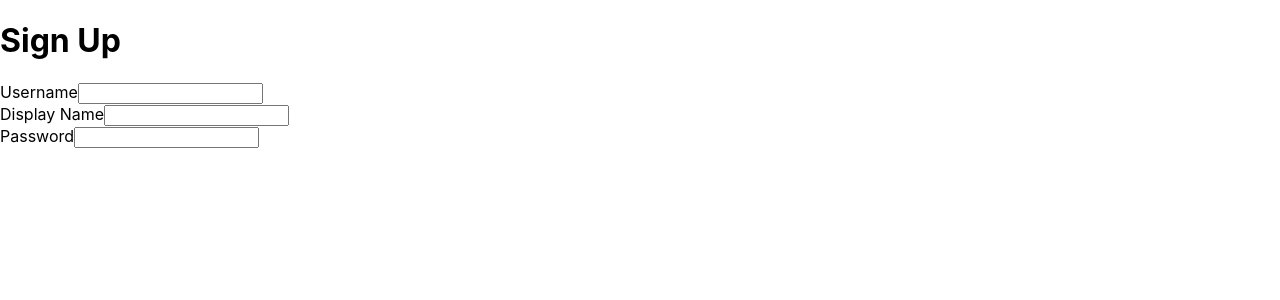
Repository: adnanyagmur/hoaxify-reactJs-frontend
Page: /
The author's editor kept a copy of each file at every save. The page is drawn from the files as they stood at one save, then again after the next save.
The browser window is 1280 px wide. The pictures show the whole page.
The project was rebuilt for these pictures with package versions that can differ from the ones it lists, and the page was loaded fresh each time. Also part of the build but not shown: src/App.css, src/App.js.

Above is the page before, as saved 2022-09-01 11:41:51.

After the next save:
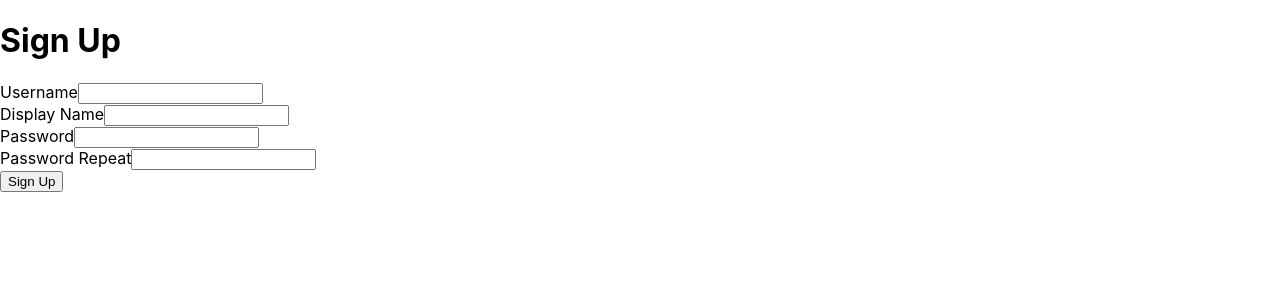
Saved 66 s later.
--- a/src/UserSignupPage.js
+++ b/src/UserSignupPage.js
@@ -18,6 +18,13 @@ class UserSignupPage extends React.Component {
                 <label>Password</label>
                 <input type="Password"/>
                 </div>
+                <div>
+                <label>Password Repeat</label>
+                <input type="Password"/>
+                </div>
+                <div>
+                <button>Sign Up</button>
+                </div>
             </form>
 
         )
